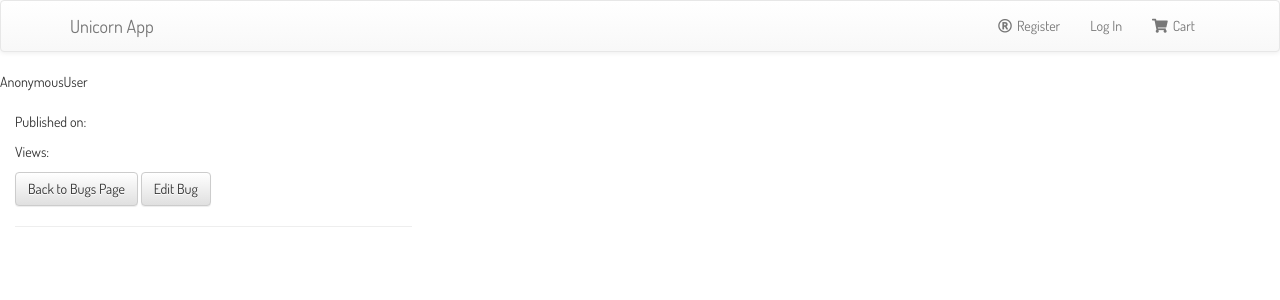
Repository: twdstudent/Project-5-Unicorn
Page: feature/templates/feature-detail.html
The author's editor kept a record of every edit. The page is drawn from the files as they stood at one moment, then again after the next edit.
The browser window is 1280 px wide. The pictures show the whole page.
Some web fonts or font styles are not loaded; a fallback is used. Some web libraries are served in a nearby version. The template is drawn by Django 2.2. The application's start-up code is not run. Other server files are loaded and not shown. The template is opened directly, without the code that normally fills it, so the values that code supplies are empty.

Above is the page before.

### feature/templates/feature-detail.html
{% extends 'base.html' %} {% block content %}

<p>{{ user }}</p>
<div class="container-fluid">
    <div class="row">
        <div class="col-xs-12 col-md-6 col-lg-4 col-xl-3">
            <p>{{ feature.content }}</p>
                    <p><span>Published on:</span> {{ feature.published_date }} </p>
                    <p><span>Views:</span> {{ feature.views }}</p>
                    <a href="{% url 'get_bugs' %}" class="btn btn-default">Back to Bugs Page</a>
                    <a href="{% url 'edit_bug' bug.id %}" class="btn btn-default">Edit Bug</a>
                    <hr>
        </div>
    </div>
</div>

{% endblock %}

### templates/base.html
{% load staticfiles %}
<!DOCTYPE html>
<html lang="en">

<head>
    <meta charset="UTF-8">
    <meta name="viewport" content="width=device-width, initial-scale=1">
    <meta http-equiv="X-UA-Compatible" content="ie=edge">

    <link rel="stylesheet" href="https://use.fontawesome.com/releases/v5.8.1/css/all.css" integrity="sha384-50oBUHEmvpQ+1lW4y57PTFmhCaXp0ML5d60M1M7uH2+nqUivzIebhndOJK28anvf" crossorigin="anonymous">
    <link rel="stylesheet" href="https://maxcdn.bootstrapcdn.com/bootstrap/3.3.7/css/bootstrap.min.css" integrity="sha384-BVYiiSIFeK1dGmJRAkycuHAHRg32OmUcww7on3RYdg4Va+PmSTsz/K68vbdEjh4u" crossorigin="anonymous">
    <!-- Optional theme -->
    <link rel="stylesheet" href="https://maxcdn.bootstrapcdn.com/bootstrap/3.3.7/css/bootstrap-theme.min.css" integrity="sha384-rHyoN1iRsVXV4nD0JutlnGaslCJuC7uwjduW9SVrLvRYooPp2bWYgmgJQIXwl/Sp" crossorigin="anonymous">
    <link rel="stylesheet" href="{% static 'css/styles.css' %}" type="text/css" />

    <script src="https://code.jquery.com/jquery-3.3.1.slim.min.js" integrity="sha384-q8i/X+965DzO0rT7abK41JStQIAqVgRVzpbzo5smXKp4YfRvH+8abtTE1Pi6jizo" crossorigin="anonymous"></script>
    <script src="https://maxcdn.bootstrapcdn.com/bootstrap/3.3.7/js/bootstrap.min.js" integrity="sha384-Tc5IQib027qvyjSMfHjOMaLkfuWVxZxUPnCJA7l2mCWNIpG9mGCD8wGNIcPD7Txa" crossorigin="anonymous"></script>
    <script type="text/javascript" src="{% static 'js/stripe.js' %}"></script>


    {% block head_js %}
    {% endblock head_js %}

    <title>{% block page_title %}{% endblock %}</title>
</head>

<body>
    <nav class="navbar navbar-masthead navbar-default">
        <div class="container">
            <div class="navbar-header">
                <button type="button" class="navbar-toggle collapsed" data-toggle="collapse" data-target="#navbar" aria-expanded="false" aria-controls="navbar">
                    <span class="sr-only">Toggle navigation</span>
                    <span class="icon-bar"></span>
                    <span class="icon-bar"></span>
                    <span class="icon-bar"></span>
                </button>
                <a class="navbar-brand" href="/">Unicorn App</a>
            </div>
            <div id="navbar" class="navbar-collapse collapse">
                <ul class="nav navbar-nav navbar-right">
                    {% if user.is_authenticated %}
                        <li><a href="{% url 'bugs' %}"><i class="fas fa-user"></i>Bugs</a></li>
                        <li><a href="{% url 'feature' %}"><i class="fas fa-user"></i>Features</a></li>
                        <li><a href="{% url 'profile' %}"><i class="fas fa-user"></i>Profile</a></li>
                        <li><a href="{% url 'logout' %}"><i class="fas fa-sign-out-alt"></i>Log Out</a></li>
                    {%  else %}
                        <li><a href="{% url 'registration' %}"><i class="far fa-registered"></i>Register</a></li>
                        <li><a href="{% url 'login' %}">Log In</a></li>
                    {% endif %}
                    <li>
                        <a href="{% url 'view_cart' %}">
                            <i class="fas fa-shopping-cart"></i>Cart
                            {% if feature_count > 0 %}
                            <label class="badge badge-warning">{{ feature_count }}</label>
                            {% endif %}
                        </a>
                    </li>
                </ul>
            </div>
        </div>
    </nav>

    <div class="align-header">
        <h1>{% block page_heading %}{% endblock %}</h1>
    </div>
    {% if messages %}
    <div class="logged-in">
        {% for message in messages %} {{ message }} {% endfor %}
    </div>
    {% endif %}

    {% block content %}
    {% endblock %}

</body>

</html>

### static/css/styles.css
@import url('https://fonts.googleapis.com/css?family=Dosis:100,200,300,400,500,600,700|San-Serif:100,200,300,400,500,600,700');

body {
    font-family: "Dosis";
}

form {
    width: 50%;
    margin-left: auto;
    margin-right: auto;
}

.fas,
.far {
    margin-right: 5px;
}

.h1 {
    text-align: center;
    text-transform: capitalize;
}

.align-header {
    width: 30%;
    margin-left: auto;
    margin-right: auto;
    text-align: center;
}

.logged-in {
    width: 30%;
    margin-left: auto;
    margin-right: auto;
    text-align: center;
}

.check-out-wrapper {
    width: 100%;
}

.check-out {
    width: 25%;
    margin-left: auto;
    margin-right: auto;
    text-align: center;
}

.total {
    font-weight: bold;
    text-align: center;
    width: 150px;
    margin-left: auto;
    margin-right: auto;
    margin-bottom: 20px;
    display: block;
    height: 70px;
    padding: 6px 12px;
    font-size: 17px;
    line-height: 1.42857143;
    color: #555;
    background-color: #fff;
    background-image: none;
    border: 1px solid #ccc;
    border-radius: 4px;
    -webkit-box-shadow: inset 0 1px 1px rgba(0, 0, 0, .075);
    box-shadow: inset 0 1px 1px rgba(0, 0, 0, .075);
    -webkit-transition: border-color ease-in-out .15s, -webkit-box-shadow ease-in-out .15s;
    -o-transition: border-color ease-in-out .15s, box-shadow ease-in-out .15s;
    transition: border-color ease-in-out .15s, box-shadow ease-in-out .15s;
}

.reset {
    margin-top: 5px;
}

.button-container {
    width: 100%;
    margin-top: 30px;
    margin-bottom: 50px;
}

.bug-container {
    width: 100%;
}

.button-wrapper {
    width: 320px;
    margin-left: auto;
    margin-right: auto;
}

.btn-mod {
    margin-left: 0px;
    width: 250px;
    height: 75px;
    margin-top: 25px;
    font-size: 20px;
    padding-top: 20px;
    border-radius: 40px;
}

.button1 {
    width: 250px;
    margin-left: auto;
    margin-right: auto;
}

.button2 {
    width: 250px;
    margin-left: auto;
    margin-right: auto;
}

.hr {
    width: 85%;
}

.row.row-flex {
    display: flex;
    flex-wrap: wrap;
    margin-top: 30px;
}

.feature-description {
    min-height: 40px;
}

.footer {
    height: 75px;
    color: red;
    background-color: red;
}

/*-- bug oage --*/

.img-bugpost {
    width: 100%;
}

.bug-box {
    width: 350px;
    border: 2px solid red;
    border-radius: 10px;
    margin-bottom: 20px;
    margin-left: 20px;
    background-color: red;
    padding: 5px;
}

.feature-box {
    width: 350px;
    border: 2px solid red;
    border-radius: 10px;
    margin-bottom: 20px;
    margin-left: 20px;
    background-color: green;
    padding: 5px;
}

.bug-headers {
    color: white;
    padding-left: 5px;
}

.sub-bug-box {
    width: 97%;
    background-color: #fdfcfc;
    margin-left: auto;
    margin-right: auto;
    border-radius: 5px;
    padding: 10px;
}

@media (max-width: 992px) {
    .button1,
    .button2 {
        width: 250px;
        margin-left: auto;
        margin-right: auto;
    }
}

@media (max-width: 992px) {
    .bug-box {
        width: 70%;
        margin-left: auto;
        margin-right: auto;
    }
}

### static/js/stripe.js
$(function() {
    $("#payment-form").submit(function() {
        var form = this;
        var card = {
            number: $("#id_credit_card_number").val(),
            expMonth: $("#id_expiry_month").val(),
            expYear: $("#id_expiry_year").val(),
            cvc: $("#id_cvv").val()
        };

    Stripe.createToken(card, function(status, response) {
        if (status === 200) {
            $("#credit-card-errors").hide();
            $("#id_stripe_id").val(response.id);

            // Prevent the credit card details from being submitted
            // to our server
            $("#id_credit_card_number").removeAttr('name');
            $("#id_cvv").removeAttr('name');
            $("#id_expiry_month").removeAttr('name');
            $("#id_expiry_year").removeAttr('name');

            form.submit();
        } else {
            $("#stripe-error-message").text(response.error.message);
            $("#credit-card-errors").show();
            $("#validate_card_btn").attr("disabled", false);
        }
    });
    return false;
    });
});

After the next edit:
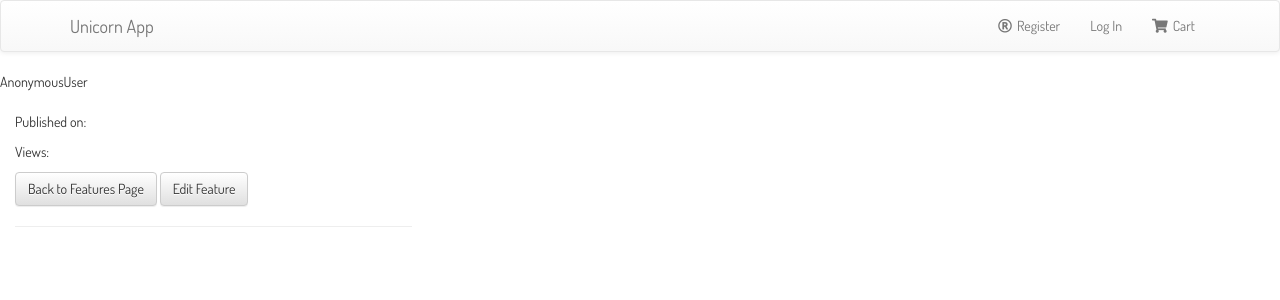
The edit:
--- a/feature/templates/feature-detail.html
+++ b/feature/templates/feature-detail.html
@@ -7,8 +7,8 @@
             <p>{{ feature.content }}</p>
                     <p><span>Published on:</span> {{ feature.published_date }} </p>
                     <p><span>Views:</span> {{ feature.views }}</p>
-                    <a href="{% url 'get_bugs' %}" class="btn btn-default">Back to Bugs Page</a>
-                    <a href="{% url 'edit_bug' bug.id %}" class="btn btn-default">Edit Bug</a>
+                    <a href="{% url 'get_feature' %}" class="btn btn-default">Back to Features Page</a>
+                    <a href="{% url 'edit_feature' feature.id %}" class="btn btn-default">Edit Feature</a>
                     <hr>
         </div>
     </div>
